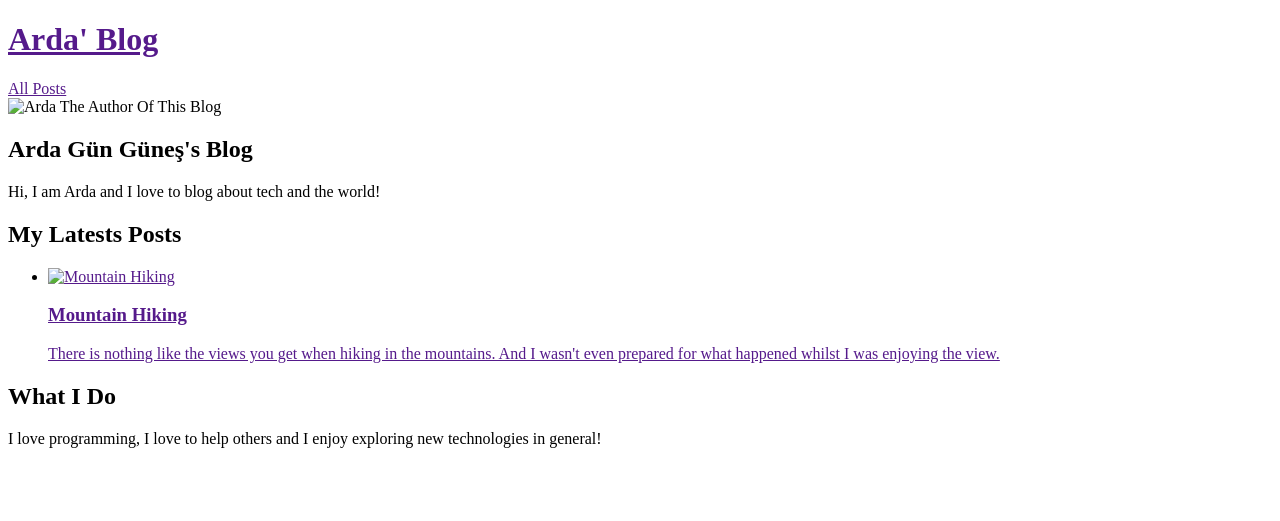
Repository: ardagungunes/my-blog
Page: http://localhost/
These files come from the project's save history. The page is drawn as it stood at one moment and after the next save; the edit follows.
The browser window is 1280 px wide. The pictures show the whole page.
The page is served by the project's application, run on Django 5.2 (manage.py).

Above is the page before, as saved 2024-07-25 18:06:27.

After the next save:
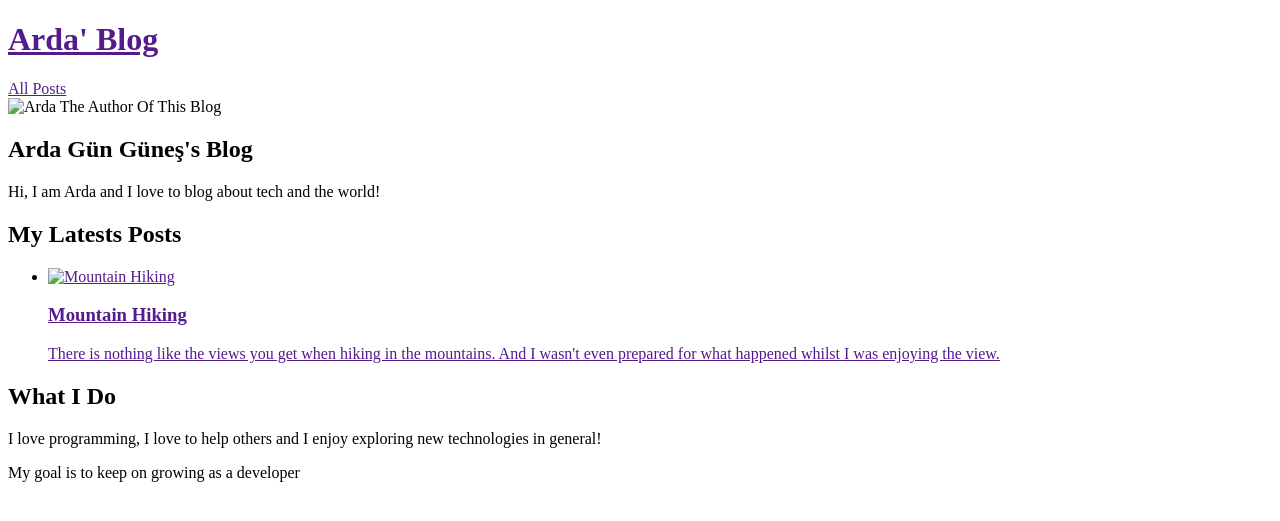
Saved 12 s later.
--- a/blog/templates/blog/index.html
+++ b/blog/templates/blog/index.html
@@ -49,7 +49,7 @@ My Blog
     I love programming, I love to help others and I enjoy exploring new technologies in general!
  </p>
  <p>
-
+    My goal is to keep on growing as a developer
  </p>
 </section>
 
